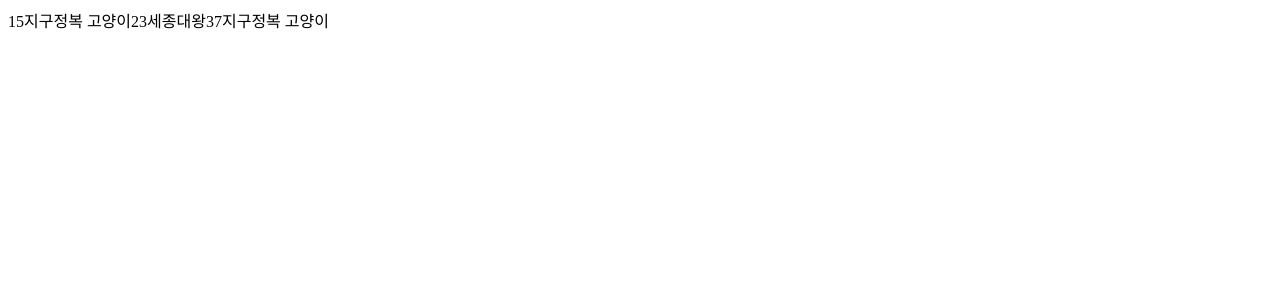
Repository: ikobean/ikoebean
Page: http://localhost/dev_jsp/ch3/C.jsp
These files come from the project's save history. The page is drawn as it stood at one moment and after the next save; the edit follows.
The browser window is 1280 px wide. The pictures show the whole page.
The page is served by Tomcat 9.

Above is the page before, as saved 2019-07-15 09:09:56.

After the next save:
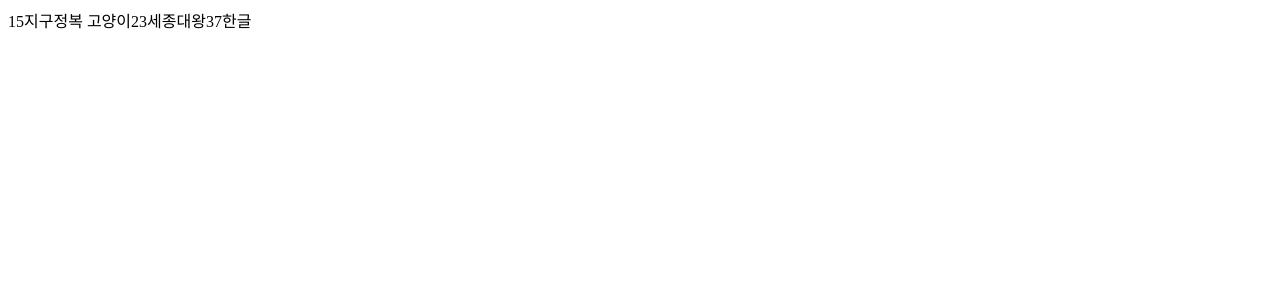
Saved 7 s later.
--- a/workspace_jsp/dev_jsp/WebContent/ch3/C.jsp
+++ b/workspace_jsp/dev_jsp/WebContent/ch3/C.jsp
@@ -19,7 +19,7 @@
 	sb.append("<record>");
 	sb.append("<r_id>3</r_id>");
 	sb.append("<rnk>7</rnk>");
-	sb.append("<keyword>지구정복 고양이</keyword>");
+	sb.append("<keyword>한글</keyword>");
 	sb.append("</record>");
 
 	sb.append("</records>");
